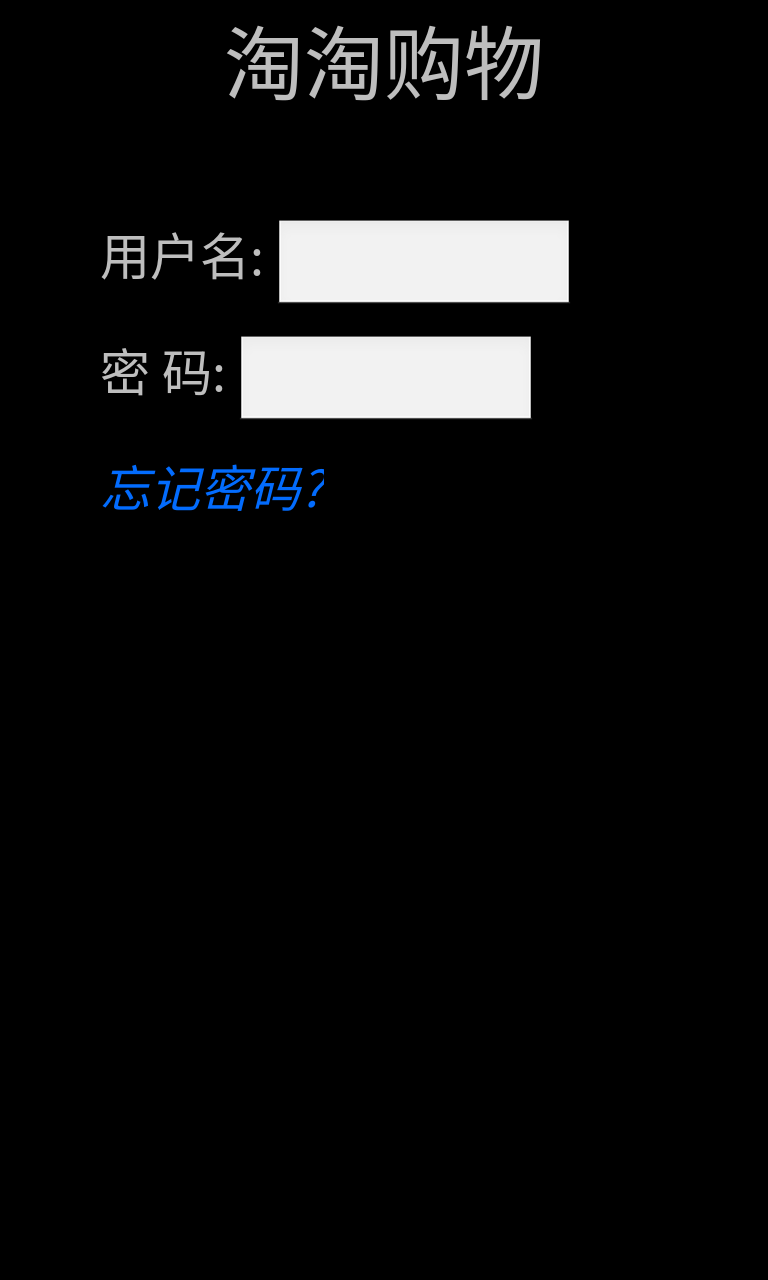
Repository: jcyfkimi/Android-TaoTao
Layout: TaoTao/res/layout/login.xml
These files come from the project's save history. The layout is drawn as it stood at one moment and after the next save; the edit follows.
Pictures or frames that could not be fetched are drawn as grey boxes. It is drawn on a 768 x 1280 px phone screen (xhdpi) without system bars, with theme android:Theme; the app's code is not run.

Above is the layout before, as saved 2011-09-13 06:23:29.

After the next save:
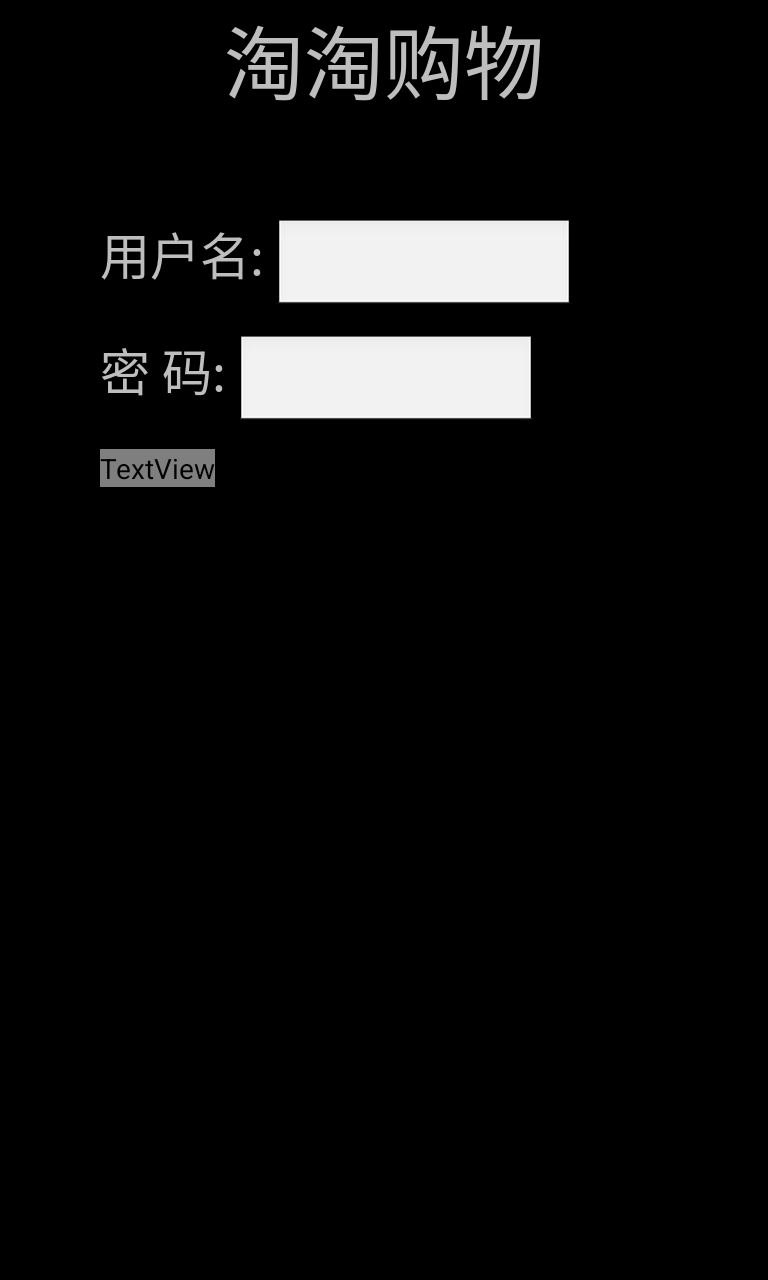
Saved 7 s later.
--- a/TaoTao/res/layout/login.xml
+++ b/TaoTao/res/layout/login.xml
@@ -59,7 +59,7 @@
 	    	android:text="@string/forgetpass"
 	    	android:textSize="25dip"
 	    	android:textStyle="italic"
-	    	android:textColor="#FF036CFE"/>
+	    	android:textColor="##036CFE"/>
 
 	    </LinearLayout>
 </LinearLayout>

After the save that followed:
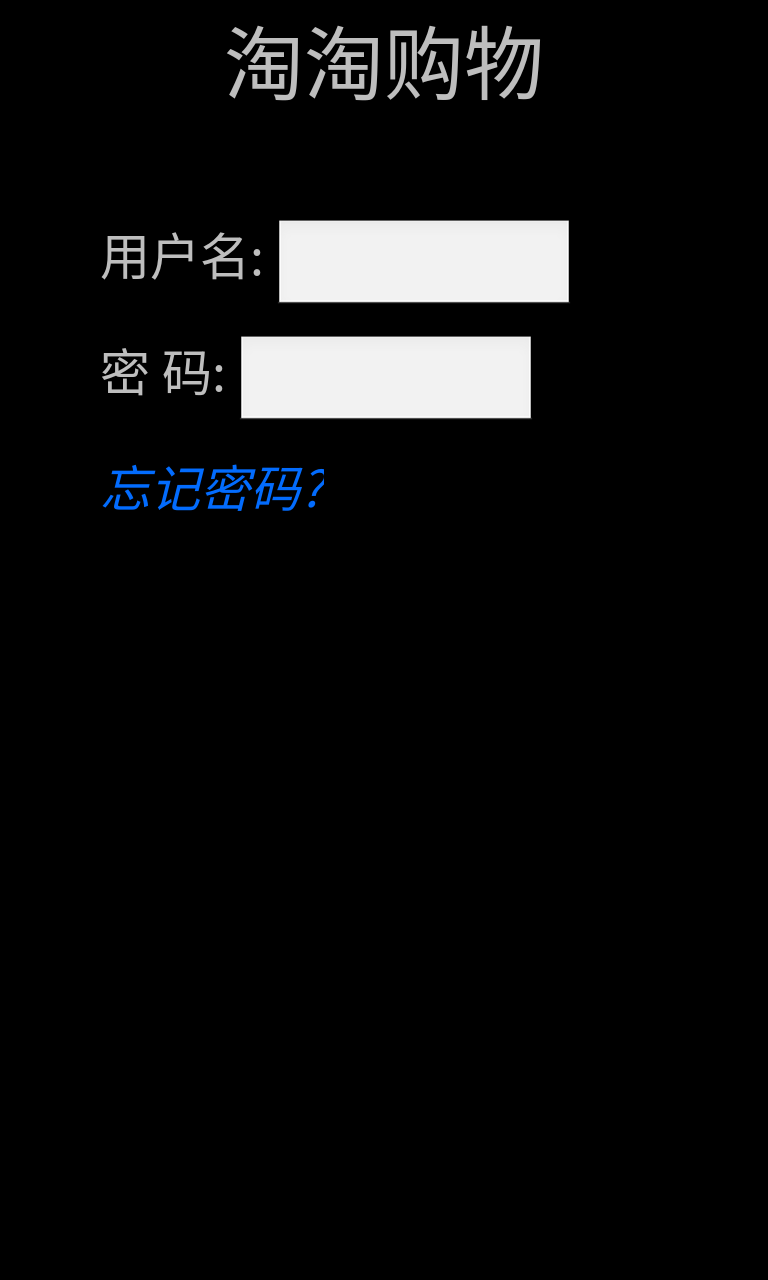
Saved 5 s later.
--- a/TaoTao/res/layout/login.xml
+++ b/TaoTao/res/layout/login.xml
@@ -59,7 +59,7 @@
 	    	android:text="@string/forgetpass"
 	    	android:textSize="25dip"
 	    	android:textStyle="italic"
-	    	android:textColor="##036CFE"/>
+	    	android:textColor="#036CFE"/>
 
 	    </LinearLayout>
 </LinearLayout>
